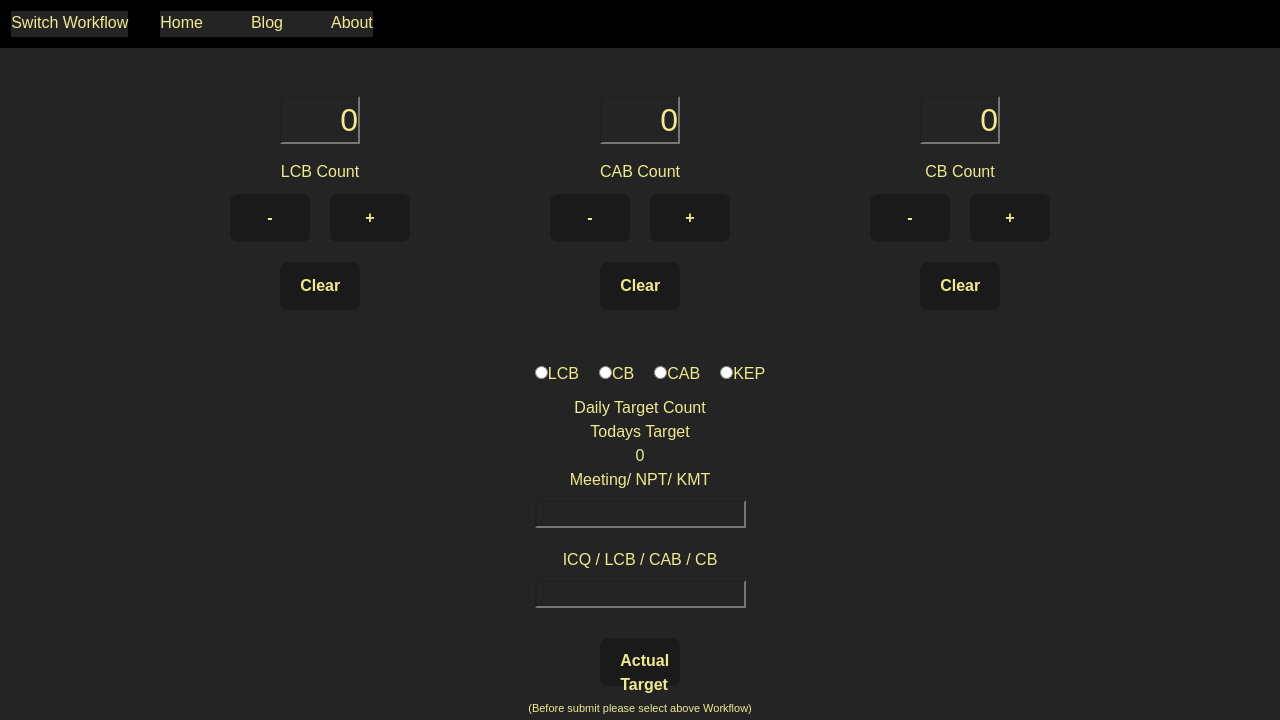
Repository: suraj-yadav7/SwitchWorkflow-Count-reactjs
Page: /
An editor plug-in stored every save of this project. The page is shown before and after the next save, followed by the edit.
The browser window is 1280 px wide. The pictures show the whole page.
The project was rebuilt for these pictures with package versions that can differ from the ones it lists, and the page was loaded fresh each time.

Above is the page before, as saved 2023-04-20 10:27:04.

After the next save:
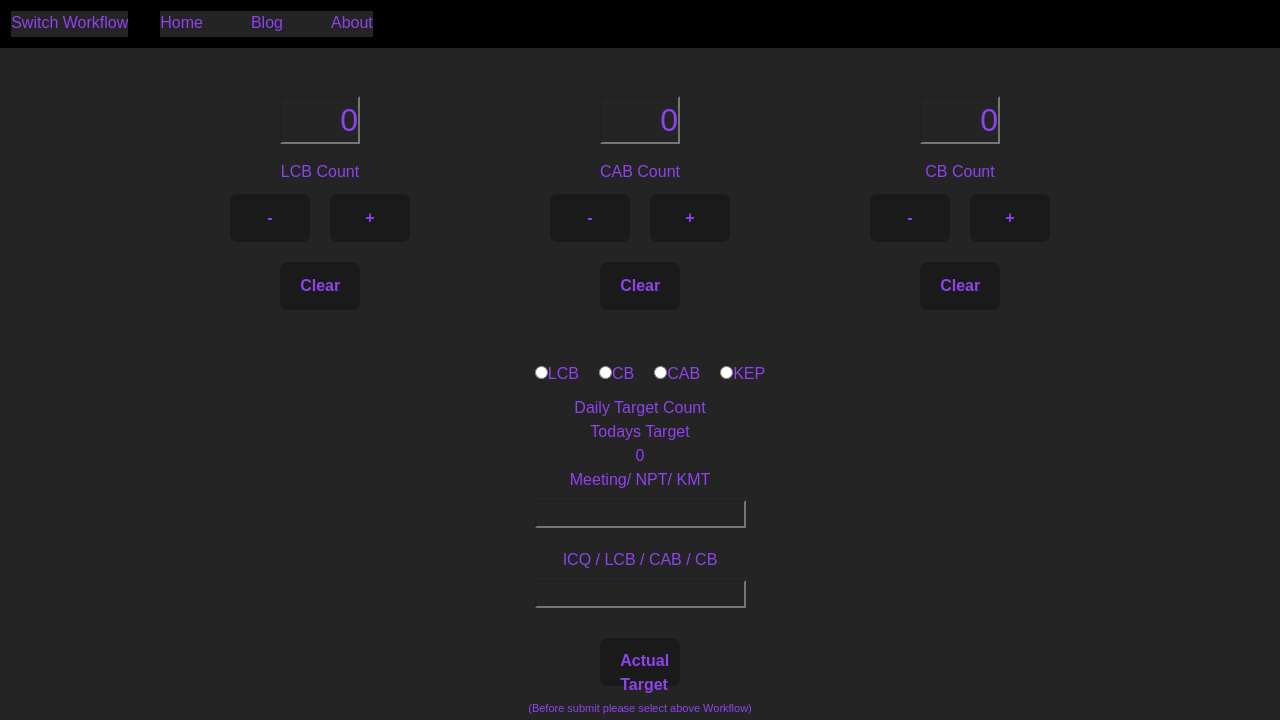
Saved 82 s later.
--- a/src/App.css
+++ b/src/App.css
@@ -10,7 +10,7 @@
   font-weight: 400;
 
   /* color-scheme: light dark; */
-  color: #F0EB8D;
+  color: #8F43EE;
   background-color: #242424;
 
   /* font-synthesis: none; */
